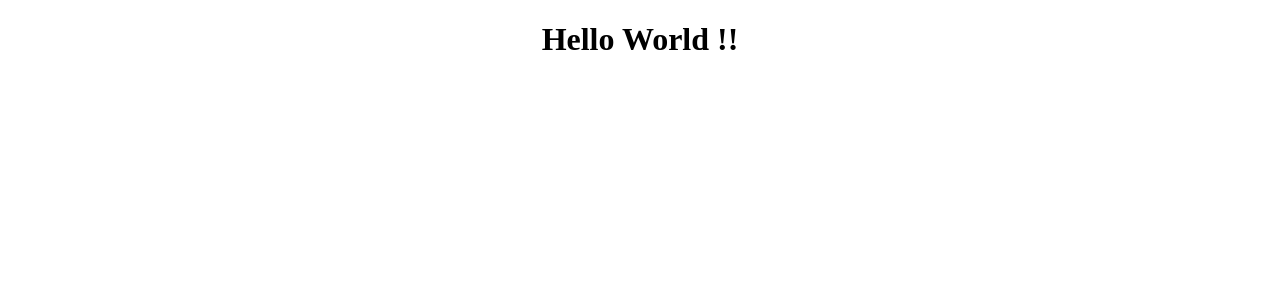
Repository: issaRan/MineSweeper
Page: html/index.html
An editor plug-in stored every save of this project. The page is shown before and after the next save, followed by the edit.
The browser window is 1280 px wide. The pictures show the whole page.

Above is the page before, as saved 2020-10-20 13:07:30.

### html/index.html
<!DOCTYPE html>
<html lang="en">
<head>
    <meta charset="UTF-8">
    <meta name="viewport" content="width=device-width, initial-scale=1.0">
    <title>MineSweeper</title>
    <link rel="stylesheet" href="../css/styles.css">
    <script src="../js/index.js"></script>
</head>
<body>
    <h1>Hello World !!</h1>
</body>
</html>

Loaded but not shown: css/styles.css (common file); js/index.js (no stored copy; drawn as an empty file)

After the next save:
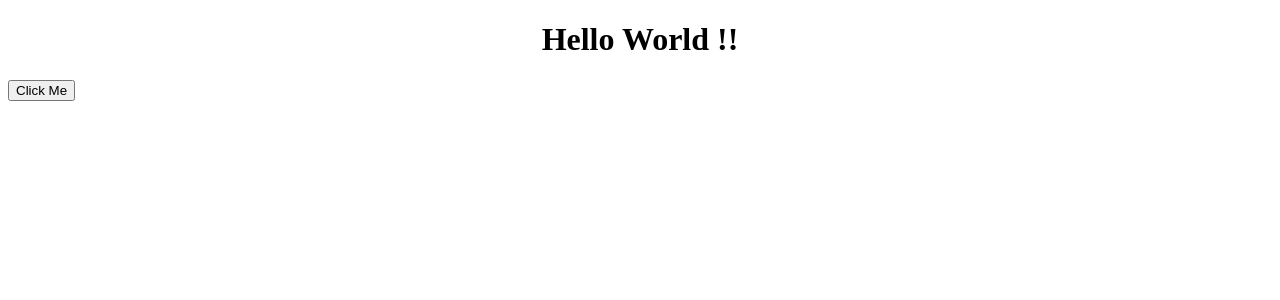
Saved 61 s later.
--- a/html/index.html
+++ b/html/index.html
@@ -9,5 +9,6 @@
 </head>
 <body>
     <h1>Hello World !!</h1>
+    <button onclick="myFunction()">Click Me</button>
 </body>
 </html>
